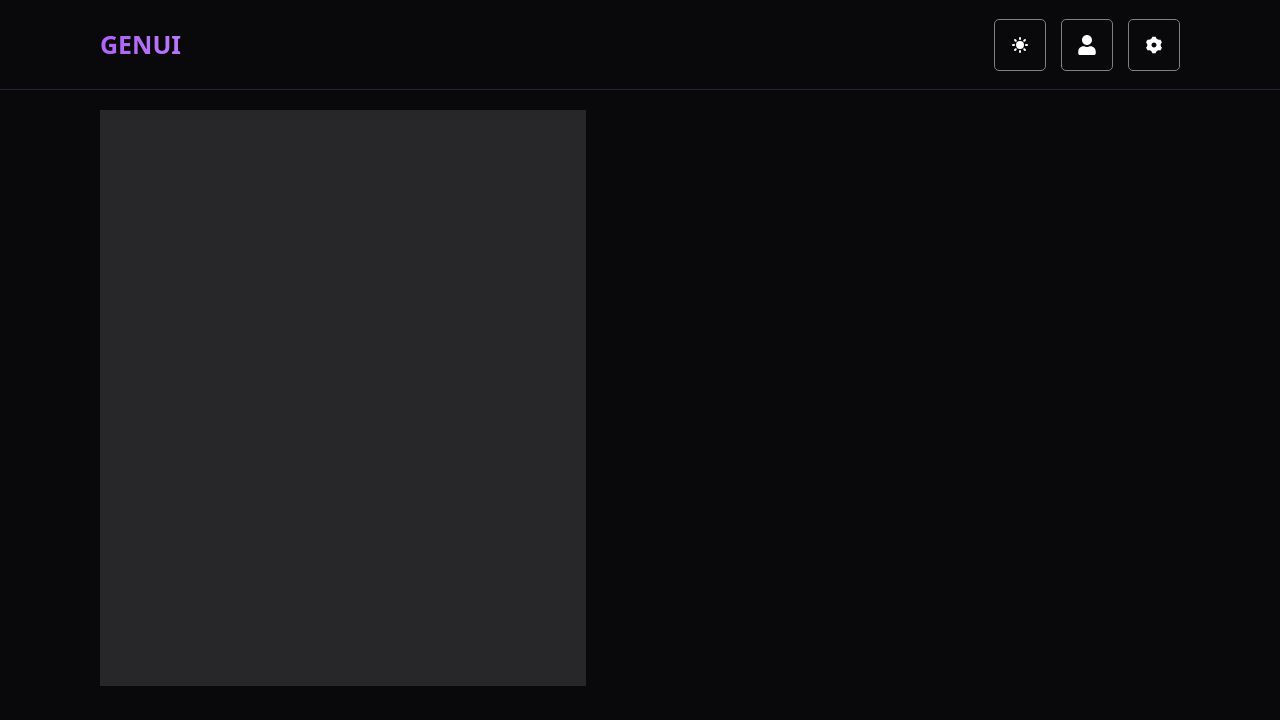
Repository: amanshukl6202/Ai-Component-Generator
Page: / (app in AI-Component-Generator-main/)
The author's editor kept a copy of each file at every save. The page is drawn from the files as they stood at one save, then again after the next save.
The browser window is 1280 px wide. The pictures show the whole page.
The project was rebuilt for these pictures with package versions that can differ from the ones it lists, and the page was loaded fresh each time. Also part of the build but not shown: AI-Component-Generator-main/vite.config.js, AI-Component-Generator-main/src/pages/NoPage.jsx.

Above is the page before, as saved 2026-05-17 18:07:27.

After the next save:
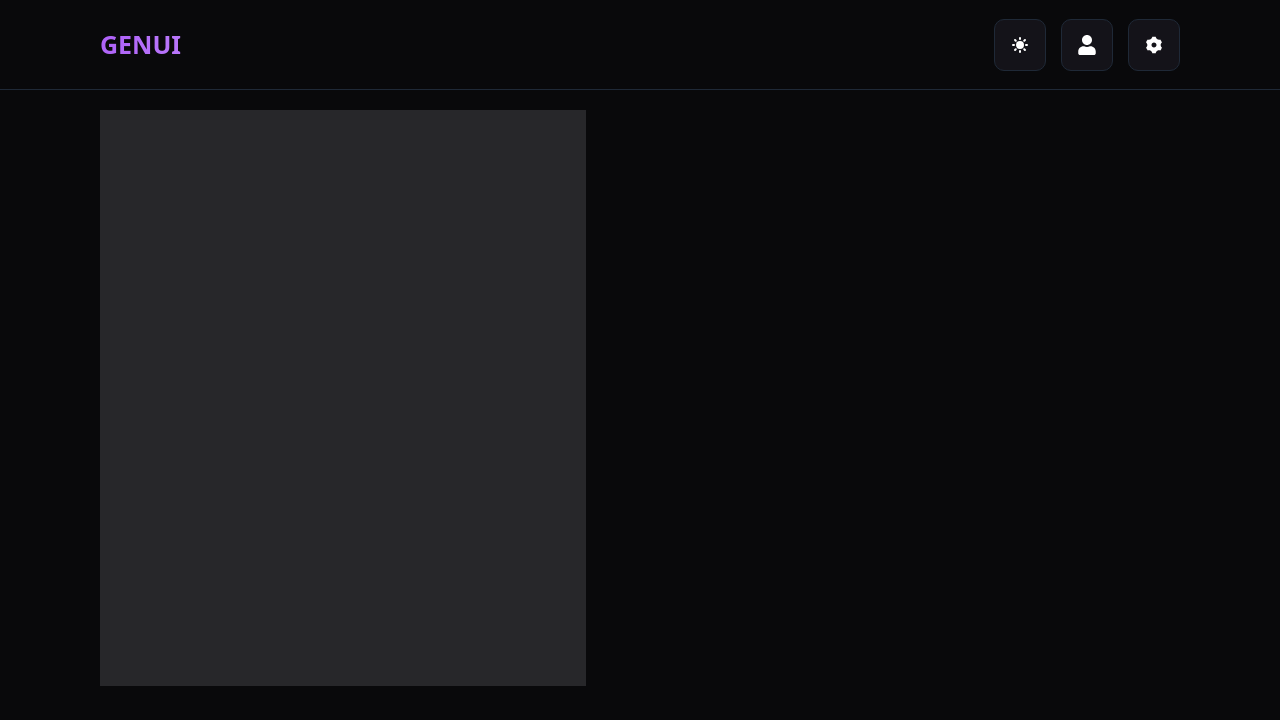
Saved 37 s later.
--- a/AI-Component-Generator-main/src/App.css
+++ b/AI-Component-Generator-main/src/App.css
@@ -33,7 +33,8 @@
 .icon{
   padding: 15px;
   font-size :20px;
-  border-radius: 5px;
-  border: 1px solid gray;
+  border-radius: 10px;
+  border: 1px solid #1f2937;
   cursor: pointer;
+  background-color: var(--secondary-bg);
 }
